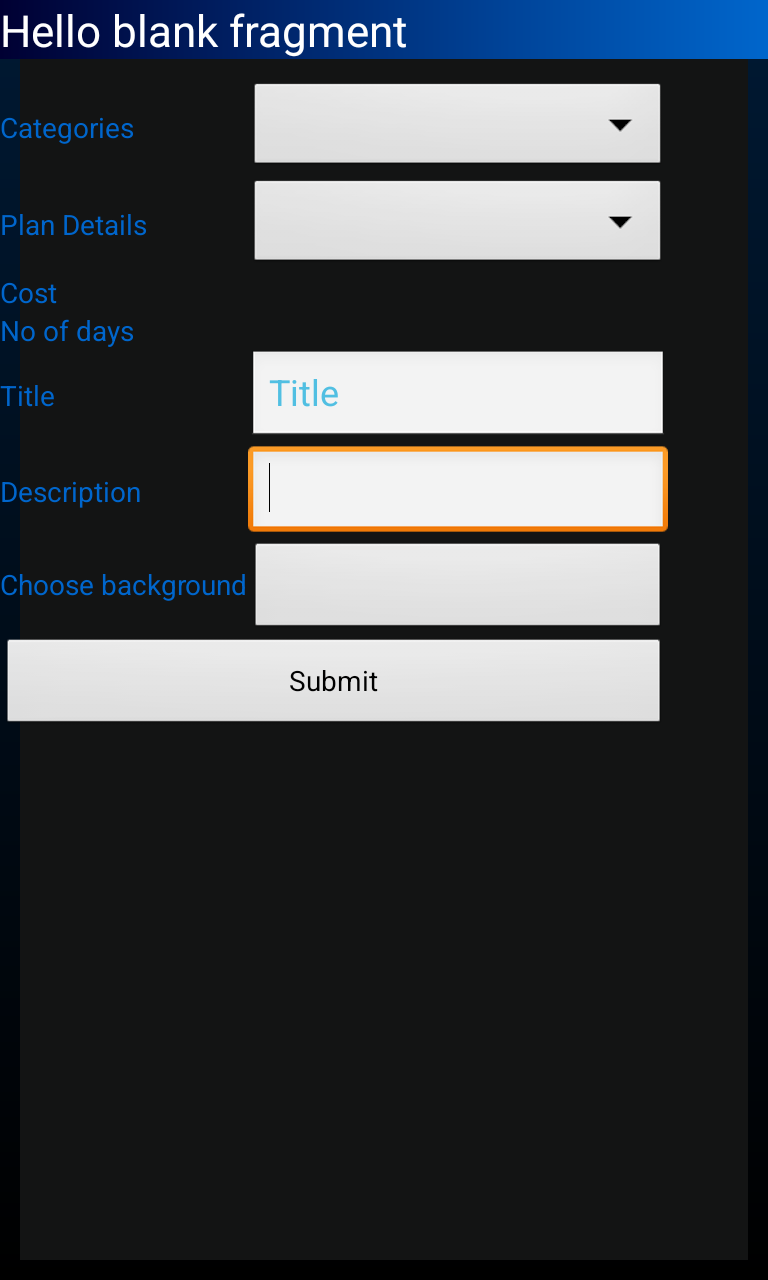
Repository: jasleen1291/B2BMobileApplication
Layout: Mobile E Commerce/B2B/res/layout/fragment_buy_advertisement.xml
An editor plug-in stored every save of this project. The layout is shown before and after the next save, followed by the edit.
It is drawn on a 768 x 1280 px phone screen (xhdpi) without system bars, with theme mycustomtheme; the app's code is not run.

Above is the layout before, as saved 2013-05-26 10:57:29.

### Mobile E Commerce/B2B/res/layout/fragment_buy_advertisement.xml
<FrameLayout xmlns:android="http://schemas.android.com/apk/res/android"
    xmlns:tools="http://schemas.android.com/tools"
    android:layout_width="wrap_content"
    android:layout_height="match_parent"
    tools:context=".BuyAdvertisement" >

    <!-- TODO: Update blank fragment layout -->

<LinearLayout
    android:layout_width="match_parent"
    android:layout_height="match_parent"
    android:orientation="vertical" >

    <TextView
        style="@style/titlebarstyle"
        android:text="@string/hello_blank_fragment" />

    <TableLayout
        android:layout_width="match_parent"
        android:layout_height="match_parent" >

        <TableRow
            android:id="@+id/tableRow1"
            android:layout_width="wrap_content"
            android:layout_height="wrap_content" >

            <TextView
                android:id="@+id/textView1"
                android:layout_width="wrap_content"
                android:layout_height="wrap_content"
                android:layout_gravity="center_vertical"
                android:text="@string/categories" />

            <Spinner
                android:id="@+id/spinner1"
                android:layout_width="wrap_content"
                android:layout_height="wrap_content" />
        </TableRow>

        <TableRow
            android:id="@+id/tableRow2"
            android:layout_width="wrap_content"
            android:layout_height="wrap_content" >

            <TextView
                android:id="@+id/textView2"
                android:layout_width="wrap_content"
                android:layout_height="wrap_content"
                android:layout_gravity="center_vertical"
                android:text="@string/plan_details" />

            <Spinner
                android:id="@+id/spinner2"
                android:layout_width="wrap_content"
                android:layout_height="wrap_content" />
        </TableRow>

        <TableRow
            android:id="@+id/tableRow3"
            android:layout_width="wrap_content"
            android:layout_height="wrap_content" >

            <TextView
                android:id="@+id/textView4"
                android:layout_width="wrap_content"
                android:layout_height="wrap_content"
                android:text="@string/cost" />

            <TextView
                android:id="@+id/cost"
                android:layout_width="wrap_content"
                android:layout_height="wrap_content"
                android:textIsSelectable="false" />
        </TableRow>

        <TableRow
            android:id="@+id/tableRow4"
            android:layout_width="wrap_content"
            android:layout_height="wrap_content" >

            <TextView
                android:id="@+id/textView5"
                android:layout_width="wrap_content"
                android:layout_height="wrap_content"
                android:text="@string/days" />

            <TextView
                android:id="@+id/days"
                android:layout_width="wrap_content"
                android:layout_height="wrap_content"
                android:textIsSelectable="false" />



        </TableRow>
         <TableRow
                android:id="@+id/tableRow5"
                android:layout_width="wrap_content"
                android:layout_height="wrap_content" >

             <TextView
                 android:id="@+id/textView3"
                 android:layout_width="wrap_content"
                 android:layout_height="wrap_content"
                 android:text="@string/title" />

             <EditText
                 android:id="@+id/editText2"
                 android:layout_width="wrap_content"
                 android:layout_height="wrap_content"
                 android:hint="@string/title"
                 android:ems="10" />

            </TableRow>
             <TableRow
                android:id="@+id/tableRow6"
                android:layout_width="wrap_content"
                android:layout_height="wrap_content" >

                 <TextView
                     android:id="@+id/textView6"
                     android:layout_width="wrap_content"
                     android:layout_height="wrap_content"
                     android:text="@string/description" />

                 <EditText
                     android:id="@+id/editText1"
                     android:layout_width="wrap_content"
                     android:layout_height="wrap_content"
                     android:inputType="textMultiLine"
                     android:ems="10" >

                     <requestFocus />
                 </EditText>

            </TableRow>
             <TableRow
                android:id="@+id/tableRow7"
                android:layout_width="wrap_content"
                android:layout_height="wrap_content" >

                 <TextView
                     android:id="@+id/textView7"
                     android:layout_width="wrap_content"
                     android:layout_height="wrap_content"
                     android:text="@string/choose_background" />

                 <Button
                     android:id="@+id/button1"
                     android:layout_width="wrap_content"
                     android:layout_height="wrap_content" />

            </TableRow>
             <TableRow
                android:id="@+id/tableRow8"
                android:layout_width="wrap_content"

                android:layout_height="wrap_content" >

                 <Button
                     android:id="@+id/textView8"
                     android:layout_width="wrap_content"
                     android:layout_height="wrap_content"
                     android:layout_span="2"
                     android:text="@string/submit" />

            </TableRow>
    </TableLayout>

</LinearLayout>
<View android:layout_width="match_parent"
    android:layout_height="match_parent"/>

</FrameLayout>

### Mobile E Commerce/B2B/res/values/mycustomtheme.xml
<?xml version="1.0" encoding="utf-8"?>
<resources xmlns:android="http://schemas.android.com/apk/res/android">
    <style name="mycustomtheme" parent="@android:style/Theme.NoTitleBar.Fullscreen">
        <item name="android:windowBackground">@drawable/mybg</item>
       	<item name="android:textColor">#0066cc</item>
       	<item name="android:textColorHint">#51BFE2</item>
    </style>

</resources>

### Mobile E Commerce/B2B/res/drawable/mybg.xml
<?xml version="1.0" encoding="utf-8"?>
<layer-list  xmlns:android="http://schemas.android.com/apk/res/android">
    <item>
<shape android:shape="rectangle">



        <gradient android:startColor="#001933"  android:endColor="#000" android:angle="270"/>


</shape>
</item>
<item android:left="10dp" android:top="10dp" android:right="10dp" android:bottom="10dp">

<shape android:shape="rectangle">



        <solid android:color="#131414"></solid>


</shape>
</item>
</layer-list>

### Mobile E Commerce/B2B/res/values/styles.xml
<?xml version="1.0" encoding="utf-8"?>
<resources xmlns:android="http://schemas.android.com/apk/res/android">

    <!--
        Base application theme, dependent on API level. This theme is replaced
        by AppBaseTheme from res/values-vXX/styles.xml on newer devices.

    -->
    <style name="AppBaseTheme" parent="android:Theme.Light">
        <!--
            Theme customizations available in newer API levels can go in
            res/values-vXX/styles.xml, while customizations related to
            backward-compatibility can go here.

        -->
    </style>

    <!-- Application theme. -->
    <style name="AppTheme" parent="AppBaseTheme">
        <!-- All customizations that are NOT specific to a particular API-level can go here. -->
    </style>

    <style name="LoginFormContainer">
        <item name="android:layout_width">match_parent</item>
        <item name="android:layout_height">wrap_content</item>
        <item name="android:padding">16dp</item>
    </style>
    <style name="TextViewStyle">
        <item name="android:layout_width">wrap_content</item>
        <item name="android:layout_height">wrap_content</item>
        <item name="android:gravity">right</item>
        <item name="android:textSize">14sp</item>
        <item name="android:textColor">#0066cc</item>
        <item name="android:layout_margin">5dp</item>
    </style>
	<style name="EditTextStyle">
        <item name="android:layout_width">match_parent</item>
        <item name="android:layout_height">wrap_content</item>
        <item name="android:textSize">16sp</item>
        <item name="android:textColor">#0066cc</item>

        <item name="android:layout_marginLeft">16dp</item>
        <item name="android:layout_marginRight">16dp</item>
        <item name="android:layout_marginTop">5dp</item>
        <item name="android:background">@drawable/textview_border</item>
    </style>
	<style name="SpinnerStyle">
        <item name="android:layout_width">match_parent</item>
        <item name="android:layout_height">wrap_content</item>
        <item name="android:textSize">16sp</item>
        <item name="android:textColor">#0066cc</item>

        <item name="android:layout_marginLeft">16dp</item>
        <item name="android:layout_marginRight">16dp</item>
        <item name="android:layout_marginTop">5dp</item>

    </style>
	<style name="titlebarstyle">
	    <item name="android:layout_marginBottom">10dp</item>
        <item name="android:layout_width">match_parent</item>
        <item name="android:layout_height">wrap_content</item>
        <item name="android:background">@drawable/titlebar</item>
        <item name="android:textColor">@android:color/white</item>
        <item name="android:textAppearance">?android:attr/textAppearanceLarge</item>
	</style>
	<style name="titlebarstylesmall">


        <item name="android:textColor">@android:color/white</item>

	</style>
</resources>

### Mobile E Commerce/B2B/res/values/strings.xml
<?xml version="1.0" encoding="utf-8"?>
<resources>

    <string name="app_name">B2B</string>
    <string name="action_settings">Settings</string>
    <string name="hello_world">Hello world!</string>
    <string name="Loading">Loading&#8230;&#8230;&#8230;</string>
    <string name="title_activity_sign_up">Sign Up</string>

    <string-array name="signUpAsArray">
        <item>Customer</item>
        <item>Retailer</item>
        <item>Supplier</item>
    </string-array>

    <string name="title_activity_registeration">RegisterationActivity</string>
    <string name="title_activity_customer_area">CustomerArea</string>
    <string name="welcome">Welcome</string>
    <string name="title_activity_admin_area">Admin_area</string>
    <string name="general_complaint_fragment">General Complaint</string>
    <string name="hello_blank_fragment">Hello blank fragment</string>
    <string name="general_complaint">General Complaint</string>
    <string name="respond">Respond</string>
    <string name="submit">Submit</string>
    <string name="addcategory">Parent Category</string>
    <string name="categoryhint">Category</string>
    <string name="AddParentCategory">Add super category</string>
    <string name="complaintAbout">Complaint About</string>
    <string name="complainFrom">Complaint From</string>
    <string name="itemComplaint">Complaints about Items</string>
    <string name="shopComplaint">Complaint about shop</string>
    <string name="generalNotification">General Notification</string>
    <string name="urgentNotification">Urgent Notification</string>
    <string name="title">Title</string>
    <string name="message">Message</string>
    <string name="markAll">Mark all</string>
    <string name="advertisementPricing">Advertisement Pricing</string>
    <string name="desc">Description</string>
    <string name="days">No of days</string>
    <string name="cost">Cost</string>
    <string name="size">Size of advertisement</string>
    <string name="type">Type</string>
    <string name="fine">Fine</string>
    <string name="pickCategory">Pick a Category</string>

    <string-array name="typeArray">
        <item>Retailer</item>
        <item>Supplier</item>
    </string-array>

    <string name="update">Update</string>
    <string name="delete">Delete</string>
    <string name="view_advertisement">View Advertisements</string>
    <string name="noofcategories">No of Categories</string>
    <string name="shoppricing">Shop Pricing</string>
    <string name="view_fine_pricing">View Fine Pricing</string>
    <string name="shop_pricing">Shop Pricing</string>
    <string name="subCategory">Add Sub Category</string>
    <string name="addshop">Add Shop</string>
    <string name="title_activity_pay_fine">Pay Fine</string>
    <string name="finetitle">Your account has been suspended by the admin. Pay fine to continue using this applciation.</string>
    <string name="fineabc">Your payment has been received. Your account will now be restored. Please wait few minutes</string>
    <string name="title_activity_retailer_area">Retailer_area</string>
    <string name="title_activity_first_time_login">FirstTimeLogin</string>
    <string name="EditMyCategories">Edit My Categories</string>
    <string name="addnewitem">Add New Item</string>
    <string name="itemname">Item Name</string>
    <string name="longdescription">Long Description</string>
    <string name="qtyperunit">Qty Per unit</string>
    <string name="unit_of_measurement">Unit of Measurement</string>
    <string name="shopName">Shop Name</string>
    <string name="description">Description</string>
    <string name="categoriesAllowed">No of categories allowed</string>
    <string name="itemsSelling">No of Items Selling</string>
    <string name="itemsAvailable">No of Items not Selling</string>
    <string name="expirydate">Expiry Date</string>
    <string name="paymentEmail">Payment Email</string>
    <string name="selectcategory">Select a Category</string>
    <string name="clicktochange">Click On Image To Change It</string>
    <string name="cp">C.P.</string>
    <string name="sp">S.P.</string>
    <string name="minorder">Min order</string>
    <string name="discount">Discount</string>
    <string name="qtyonorder">Qty. On Order</string>
    <string name="qtyonhand">Qty. On Hand</string>
    <string name="qty">Qty.</string>
    <string name="viewdetails">View Details</string>
    <string name="note">Long Click on Image to view expanded image</string>
    <string name="chngImg">Change Image</string>
    <string name="addWarehouse">Add Warehouse</string>
    <string name="name">Name</string>
    <string name="cancel">Cancel</string>
    <string name="itemavailabilty">Item Availabilty</string>
    <string name="batchDiscounts">Batch Discounts</string>
    <string name="clicktoupdate">Click to Update</string>
    <string name="add">Add</string>
    <string name="place_order">Place Order</string>
    <string name="Method">Method</string>
    <string name="warehouse">Warehouse</string>
    <string-array name="ordervia">
        <item >Email</item>
        <item >Phone</item>
    </string-array>
        <string name="total">Total</string>
        <string name="zero">0</string>
        <string name="totalitems">Total No of Items</string>
        <string name="date">Date</string>
        <string name="placed_by">Placed To</string>
        <string name="placed_to">Placed To</string>
        <string name="shipment_address">Shipment Address</string>
        <string name="vieworderlist">View Orders List</string>
        <string name="order_details">Order Details</string>
        <string name="update_status">Update Status</string>
        <string name="categories">Categories</string>
        <string name="plan_details">Plan Details</string>
        <string name="choose_background">Choose background</string>

</resources>

### Mobile E Commerce/B2B/res/drawable/titlebar.xml
<?xml version="1.0" encoding="utf-8"?>
<shape xmlns:android="http://schemas.android.com/apk/res/android" android:shape="rectangle">
    <gradient  android:endColor="#0066CC" android:startColor="#000033"/>

</shape>

After the next save:
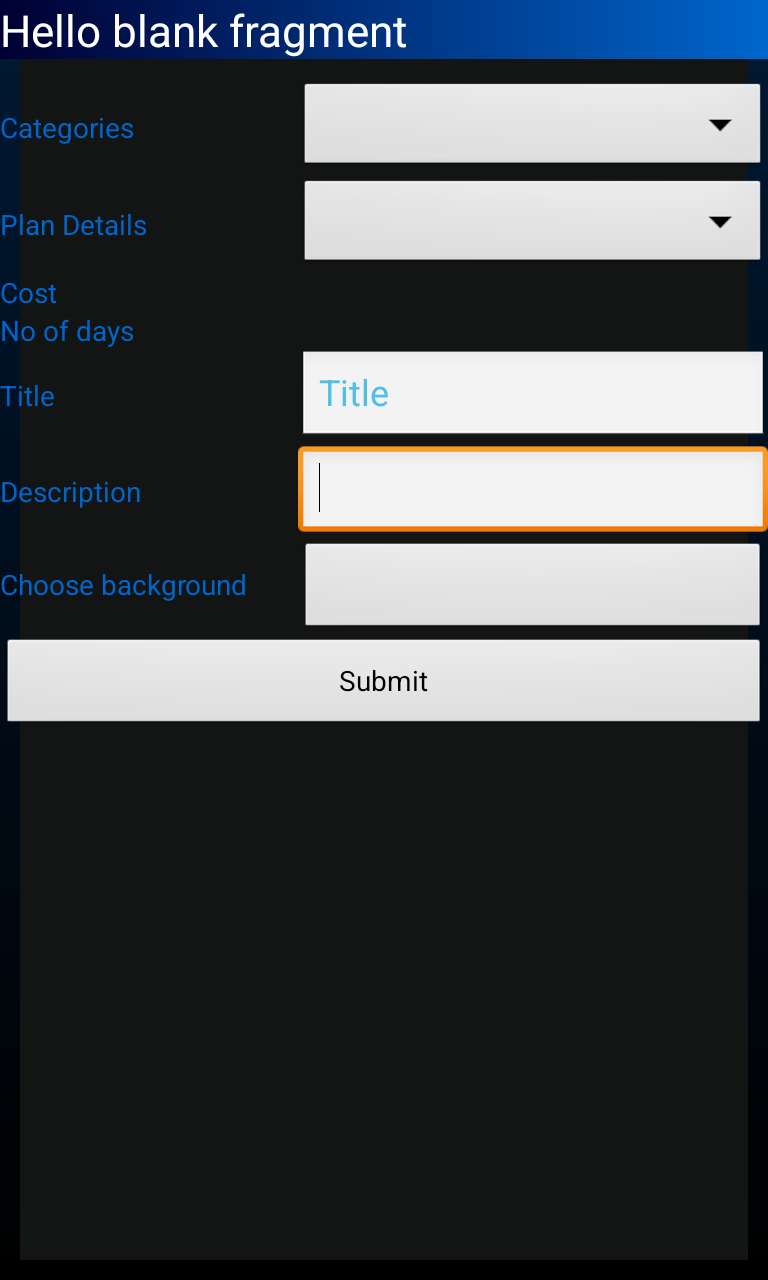
Saved 16 s later.
--- a/Mobile E Commerce/B2B/res/layout/fragment_buy_advertisement.xml
+++ b/Mobile E Commerce/B2B/res/layout/fragment_buy_advertisement.xml
@@ -17,6 +17,7 @@
 
     <TableLayout
         android:layout_width="match_parent"
+        android:stretchColumns="*"
         android:layout_height="match_parent" >
 
         <TableRow
